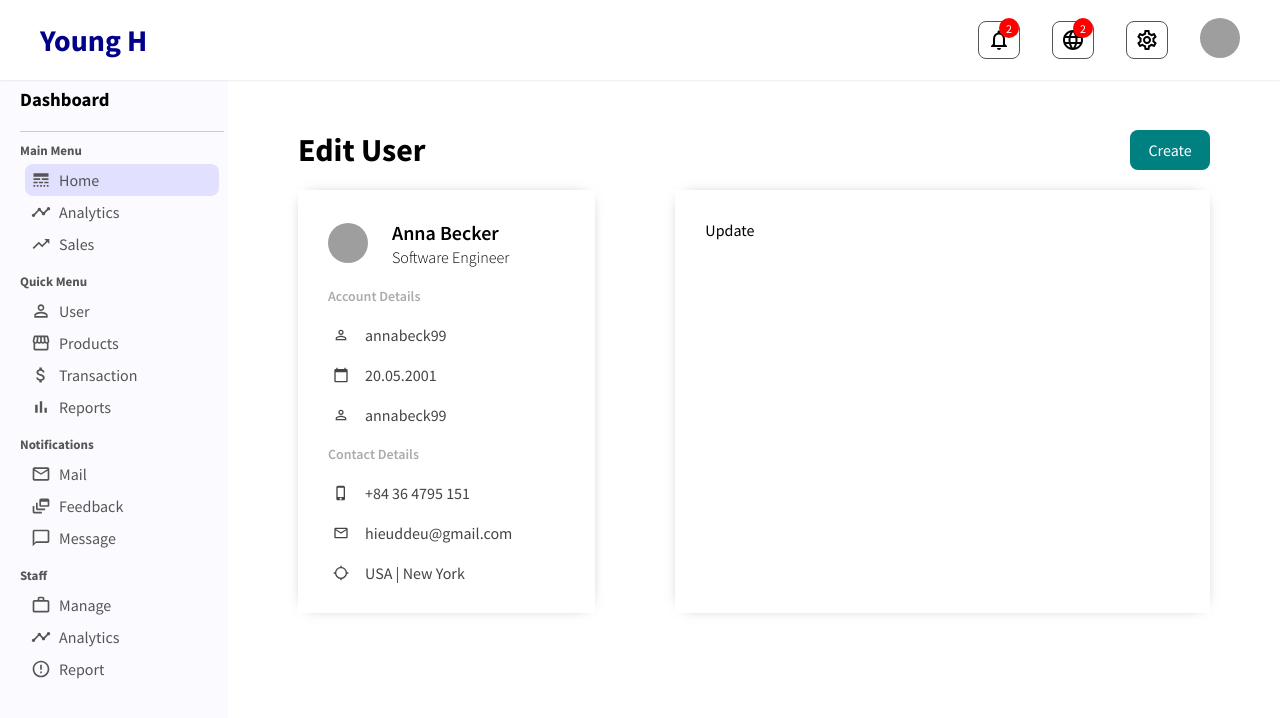
Repository: noname20011/admin
Page: /user/1
The author's editor kept a copy of each file at every save. The page is drawn from the files as they stood at one save, then again after the next save.
The browser window is 1280 px wide. The pictures show the whole page.
Pictures or frames that could not be fetched are drawn as grey boxes. The project was rebuilt for these pictures with package versions that can differ from the ones it lists, and the page was loaded fresh each time. Also part of the build but not shown: src/pages/home/home.css, src/comopnents/featureInfo/feature.css, src/comopnents/featureInfo/Feature.jsx, src/comopnents/chart/chart.css, src/comopnents/chart/Chart.jsx, src/comopnents/widgetSm/widgetSm.css, src/comopnents/widgetSm/WidgetSm.jsx, src/comopnents/widgetLg/widgetLg.css and 5 more.

Above is the page before, as saved 2021-11-14 14:23:48.

### public/index.html
<!DOCTYPE html>
<html lang="en">
  <head>
    <meta charset="utf-8" />
    <meta name="viewport" content="width=device-width, initial-scale=1" />
    <meta name="theme-color" content="#000000" />
    <meta
      name="description"
      content="Web site created using create-react-app"
    />
    <!-- GOOGLE FONTS -->
    <link href="https://fonts.googleapis.com/css2?family=Source+Sans+Pro:wght@200;300;400;600;700;900&display=swap" rel="stylesheet">
    <style>
      * {
        font-family: 'Source Sans Pro', sans-serif;
        padding: 0;
        margin: 0;
      }
    </style>
    <title>React Admin App</title>
  </head>
  <body>
    <div id="root"></div>
  </body>
</html>

### src/App.js
import Topbar from "./comopnents/topbar/Topbar";
import Sidebar from "./comopnents/sidebar/Sidebar";
import Home from "./pages/home/Home.jsx"
import UserList from "./pages/userList/UserList";
import User from "./pages/user/User";
import './app.css'

import {BrowserRouter as Router, Routes , Route} from "react-router-dom"
function App() {
  return (
    <div>
      <Router>
        <Topbar/>
        <div className="container">
          <Sidebar/>
          <Routes >
            <Route path="/" exact element={<Home/>}/>
            <Route path="/users" exact element={<UserList/>}/>
            <Route path="/user/:userId" exact element={<User/>}/>
          </Routes>
        </div>
      </Router>
    </div>
  );
}

export default App;

### src/comopnents/topbar/Topbar.jsx
import React from 'react'
import './topbar.css'

import { Language, NotificationsNone, SettingsOutlined  } from '@material-ui/icons'

export default function Topbar() {
    return (
        <div className="topbar">
            <div className="topbarWrapper">
                <div className="topLeft">
                    <div className="logo">Young H</div>
                </div>
                <div className="topRight">
                    <div className="topbarIconContainer">
                        <NotificationsNone/>
                        <div className="topIconsBadge">2</div>
                    </div>
                    <div className="topbarIconContainer">
                        <Language/>
                        <div className="topIconsBadge">2</div>
                    </div>
                    <div className="topbarIconContainer">
                        <SettingsOutlined/>
                    </div>
                    <div>
                        <img src="https://images.pexels.com/photos/1526814/pexels-photo-1526814.jpeg?auto=compress&cs=tinysrgb&dpr=2&w=500" alt="admin" className="topAvatar"/>
                    </div>
                </div>
            </div>
        </div>
    )
}

### src/comopnents/sidebar/Sidebar.jsx
import { AttachMoney, BarChart, ChatBubbleOutline, DynamicFeed, ErrorOutline, LineStyle, MailOutlined, PersonOutline, Storefront, Timeline, TrendingUp,  WorkOutlineOutlined } from '@material-ui/icons'
import React from 'react'
import "./sidebar.css"
export default function Sidebar() {
    return (
        <div className="sidebar">
            <div className="sidebarWrapper">
                <h3 className="sidebarTitle">Dashboard</h3>
                <div className="sidebarMenu">
                    <h4 className="sidebarMenuTitle">Main Menu</h4>
                    <ul className="sidebarLists">
                        <li className="sidebarListItem active">
                            <LineStyle className="sidebarIcon"/>
                            Home
                        </li>
                        <li className="sidebarListItem">
                            <Timeline className="sidebarIcon"/>
                            Analytics
                        </li>
                        <li className="sidebarListItem">
                            <TrendingUp className="sidebarIcon"/>
                            Sales
                        </li>
                    </ul>
                </div>
                <div className="sidebarMenu">
                    <h4 className="sidebarMenuTitle">Quick Menu</h4>
                    <ul className="sidebarLists">
                        <li className="sidebarListItem">
                            <PersonOutline className="sidebarIcon"/>
                            User
                        </li>
                        <li className="sidebarListItem">
                            <Storefront className="sidebarIcon"/>
                            Products
                        </li>
                        <li className="sidebarListItem">
                            <AttachMoney className="sidebarIcon"/>
                            Transaction
                        </li>
                        <li className="sidebarListItem">
                            <BarChart className="sidebarIcon"/>
                            Reports
                        </li>
                    </ul>
                </div>
                <div className="sidebarMenu">
                    <h4 className="sidebarMenuTitle">Notifications</h4>
                    <ul className="sidebarLists">
                        <li className="sidebarListItem">
                            <MailOutlined className="sidebarIcon"/>
                            Mail
                        </li>
                        <li className="sidebarListItem">
                            <DynamicFeed className="sidebarIcon"/>
                            Feedback
                        </li>
                        <li className="sidebarListItem">
                            <ChatBubbleOutline className="sidebarIcon"/>
                            Message
                        </li>
                    </ul>
                </div>
                <div className="sidebarMenu">
                    <h4 className="sidebarMenuTitle">Staff</h4>
                    <ul className="sidebarLists">
                        <li className="sidebarListItem">
                            <WorkOutlineOutlined className="sidebarIcon"/>
                            Manage
                        </li>
                        <li className="sidebarListItem">
                            <Timeline className="sidebarIcon"/>
                            Analytics
                        </li>
                        <li className="sidebarListItem">
                            <ErrorOutline className="sidebarIcon"/>
                            Report
                        </li>
                    </ul>
                </div>
            </div>
        </div>
    )
}

### src/pages/user/User.jsx
import { CalendarToday, LocationSearching, MailOutline, PersonOutline, PhoneIphone } from "@material-ui/icons"
import "./user.css"

export default function User() {
    return (
        <div className="user">
            <div className="userTitleContainer">
                <h1 className="useTitle">Edit User</h1>
                <button className="userAddBtn">
                    Create
                </button>
            </div>
            <div className="userContainer">
                <div className="userShow">
                    <div className="userShowTop">
                        <img src="https://images.pexels.com/photos/1152994/pexels-photo-1152994.jpeg?auto=compress&cs=tinysrgb&dpr=2&w=500" alt="" className="userShowImg" />
                        <div className="userShowTopInfo">
                            <span className="userShowName">Anna Becker</span>
                            <span className="userShowJob">Software Engineer</span>
                        </div>
                    </div>
                    <div className="userShowBottom">
                        <span className="userShowTitle">Account Details</span>
                        <div className="userShowBottomInfo">
                            <PersonOutline className="userShowIcon"/>
                            <span className="userShowInfo">annabeck99</span>
                        </div>
                        <div className="userShowBottomInfo">
                            <CalendarToday className="userShowIcon"/>
                            <span className="userShowInfo">20.05.2001</span>
                        </div>
                        <div className="userShowBottomInfo">
                            <PersonOutline className="userShowIcon"/>
                            <span className="userShowInfo">annabeck99</span>
                        </div>
                        <span className="userShowTitle">Contact Details</span>
                        <div className="userShowBottomInfo">
                            <PhoneIphone className="userShowIcon"/>
                            <span className="userShowInfo">+84 36 4795 151</span>
                        </div>
                        <div className="userShowBottomInfo">
                            <MailOutline className="userShowIcon"/>
                            <span className="userShowInfo">hieuddeu@gmail.com</span>
                        </div>
                        <div className="userShowBottomInfo">
                            <LocationSearching className="userShowIcon"/>
                            <span className="userShowInfo">USA | New York</span>
                        </div>
                    </div>
                </div>
                <div className="userUpdate">
                    Update
                </div>
            </div>
        </div>
    )
}

### src/app.css
ul, li {
    list-style: none;
}

a {
    text-decoration: none;
}

.container {
    display: flex;
}

.other {
    flex: 4;
}

button, input {
    border: none;
    outline: none;
}

### src/comopnents/topbar/topbar.css
.topbar {
    width: 100%;
    height: 80px;
    background: #fff;
    box-shadow: 0 .5px 2px rgba(0, 0, 0, 0.07);

    position: sticky;
    top: 0;
    z-index: 1000;
}

.topbarWrapper {
    height: 100%;
    padding: 0 40px;
    display: flex;
    justify-content: space-between;
    align-items: center;
}

.logo {
    font-weight: bold;
    font-size: 30px;
    color: darkblue;
    cursor: pointer;
}

.topRight {
    display: flex;
    align-items: center;
    column-gap: 2rem;
}
.topbarIconContainer {
    position: relative;
    cursor: pointer;
    width: 40px;
    height: 36px;
    border: 1px solid #555;
    border-radius: .5rem;
    display: flex;
    align-items: center;
    justify-content: center;
}

.topbarIconContainer:hover {
    background-color: rgb(248, 246, 246);
}

.topIconsBadge {
    font-size: 12px;
    position: absolute;
    top: -4px;
    right: 0px;

    width: 20px;
    height: 20px;
    background-color: red;
    color: #fff;
    border-radius: 50%;

    display: flex;
    place-content: center;
    place-items: center;
}

.topAvatar {
    width: 40px;
    height: 40px;
    object-fit: cover;
    border-radius: 50%;
    cursor: pointer;
}

### src/comopnents/sidebar/sidebar.css
.sidebar {
    flex: 1;
    background-color: rgb(251, 251, 255);
    position: sticky;
    top: 80px;
    height: calc(100vh - 80px);
}

.sidebarWrapper {
    padding: 8px 4px 0 20px;
}

.sidebarTitle {
    padding-bottom: 20px;
    margin-bottom: 10px;
    border-bottom: 1px solid #ccc;
}

.sidebarMenu {
    margin-bottom: 8px;
}

.sidebarMenuTitle {
    color: #555;
    font-size: 13px;
}

.sidebarLists {
    padding: 5px;
}

.sidebarListItem {
    display: flex;
    align-items: center;
    column-gap: .5rem;

    padding: 6px;
    color: #555;
    cursor: pointer;
    border-radius: .5rem;
}

.sidebarListItem.active,
.sidebarListItem:hover {
    background-color: rgb(225, 225, 255);
}

.sidebarIcon {
    font-size: 20px!important;
}

### src/pages/user/user.css
.user {
    flex: 4;
    margin: 20px 40px;
    padding: 30px;
}

.userTitleContainer {
    display: flex;
    justify-content: space-between;
}

.userAddBtn {
    width: 80px;
    border-radius: .5rem;
    background-color: teal;
    padding: 5px;

    color: #fff;
    font-size: 16px;
    cursor: pointer;

}
.userContainer {
    display: flex;
    justify-content: space-between;
    column-gap: 5rem;
}
.userShow {
    flex: 1;
    margin: 20px 0;
    padding: 30px;
    -webkit-box-shadow: 0px 0px 15px -10px rgba(0, 0, 0, 0.75);
    box-shadow: 0px 0px 15px -10px rgba(0, 0, 0, 0.75);
}

.userShowTop {
    display: flex;
    column-gap: 1.5rem;
    align-items: center;
}

.userShowTopInfo {
    display: flex;
    flex-direction: column;
    row-gap: .1rem;
}

.userShowName {
    font-size: 20px;
    font-weight: 600;
}

.userShowJob {
    font-size: 16px;
    font-weight: 300;
}

.userShowImg {
    width: 40px;
    height: 40px;
    border-radius: 50%;
    object-fit: cover;
}

.userShowBottom {
}

.userShowTitle {
    font-size: 14px;
    font-weight: 600;
    color: rgb(175, 170, 170);
    display: block;
    margin-top: 20px;
}

.userShowBottomInfo {
    display: flex;
    align-items: center;
    column-gap: 1rem;

    margin-top: 20px;
    margin-left: 5px;
    color: #444;
}

.userShowIcon {
    font-size: 16px !important;
}
.userUpdate {
    flex: 2;
    margin: 20px 0;
    padding: 30px;
    -webkit-box-shadow: 0px 0px 15px -10px rgba(0, 0, 0, 0.75);
    box-shadow: 0px 0px 15px -10px rgba(0, 0, 0, 0.75);
}

Loaded but not shown: src/index.js (common file)

After the next save:
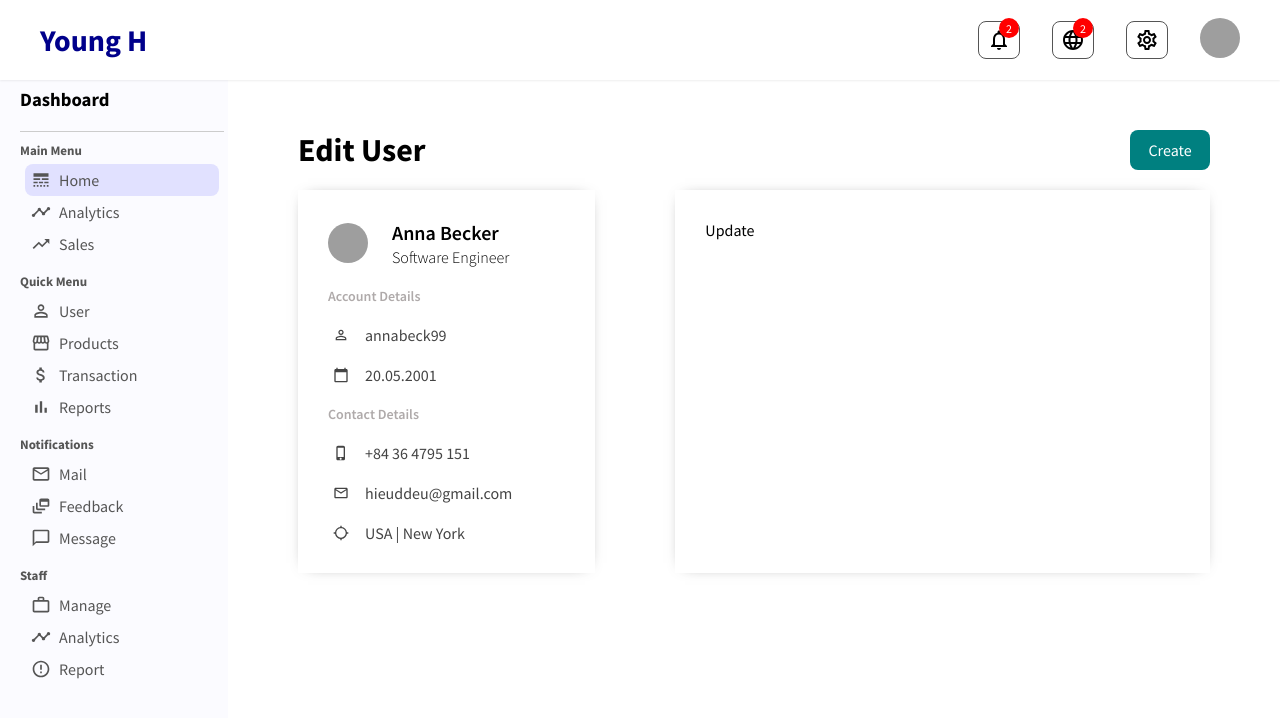
Saved 24 s later.
--- a/src/pages/user/User.jsx
+++ b/src/pages/user/User.jsx
@@ -29,10 +29,6 @@ export default function User() {
                             <CalendarToday className="userShowIcon"/>
                             <span className="userShowInfo">20.05.2001</span>
                         </div>
-                        <div className="userShowBottomInfo">
-                            <PersonOutline className="userShowIcon"/>
-                            <span className="userShowInfo">annabeck99</span>
-                        </div>
                         <span className="userShowTitle">Contact Details</span>
                         <div className="userShowBottomInfo">
                             <PhoneIphone className="userShowIcon"/>
